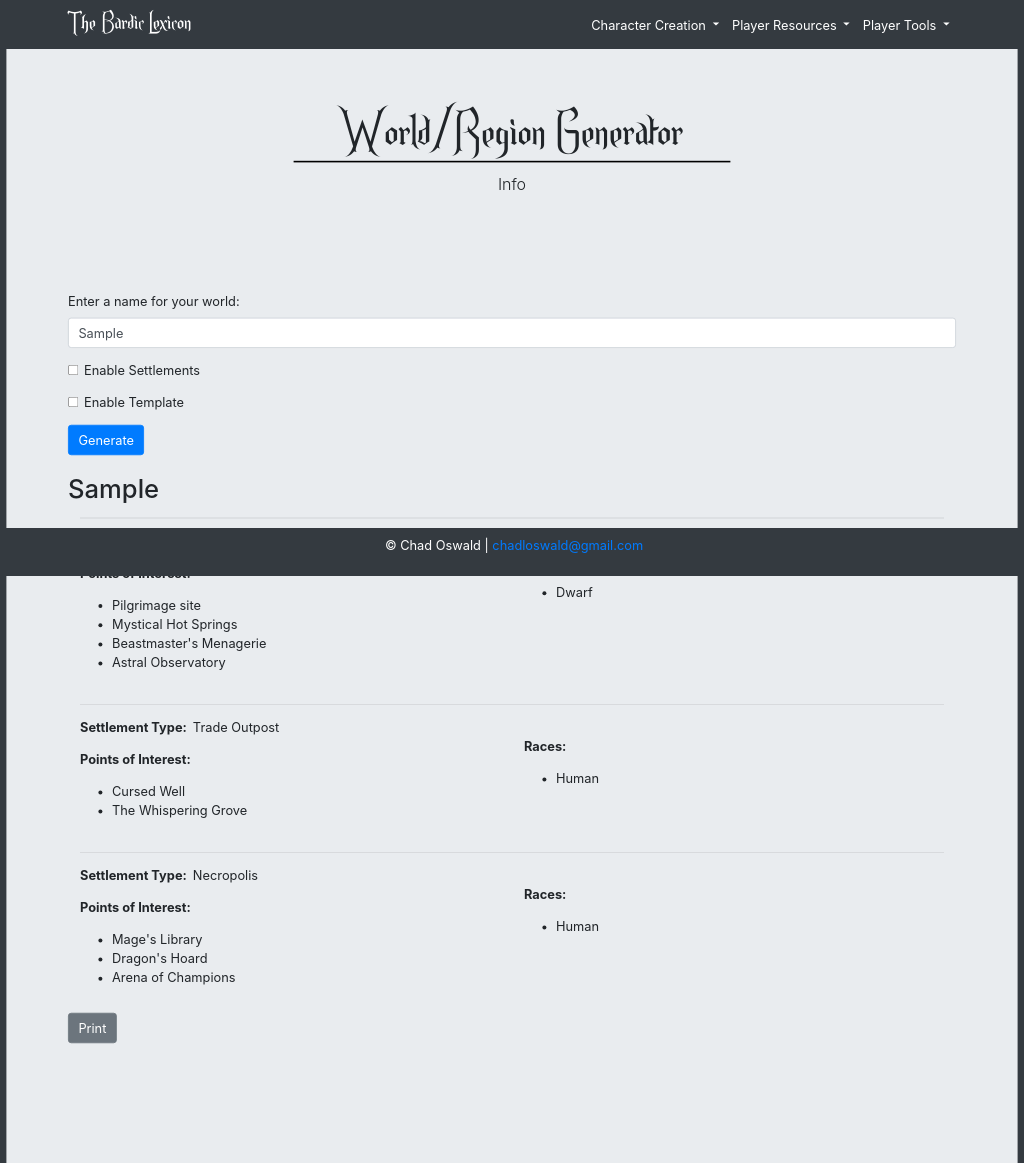
Repository: ChaidGPT/TheBardicLexicon
Page: playerTools/worldGenerator.html
These files come from the project's save history. The page is drawn as it stood at one moment and after the next save; the edit follows.
The browser window is 1280 px wide. The pictures show the whole page, at 80% of full size.
Empty fields were first filled with sample values (such as "Sample", 5 or name@example.com).
After loading, the first visible `#worldForm` was submitted once.

Above is the page before, as saved 2024-02-05 14:39:49.

After the next save:
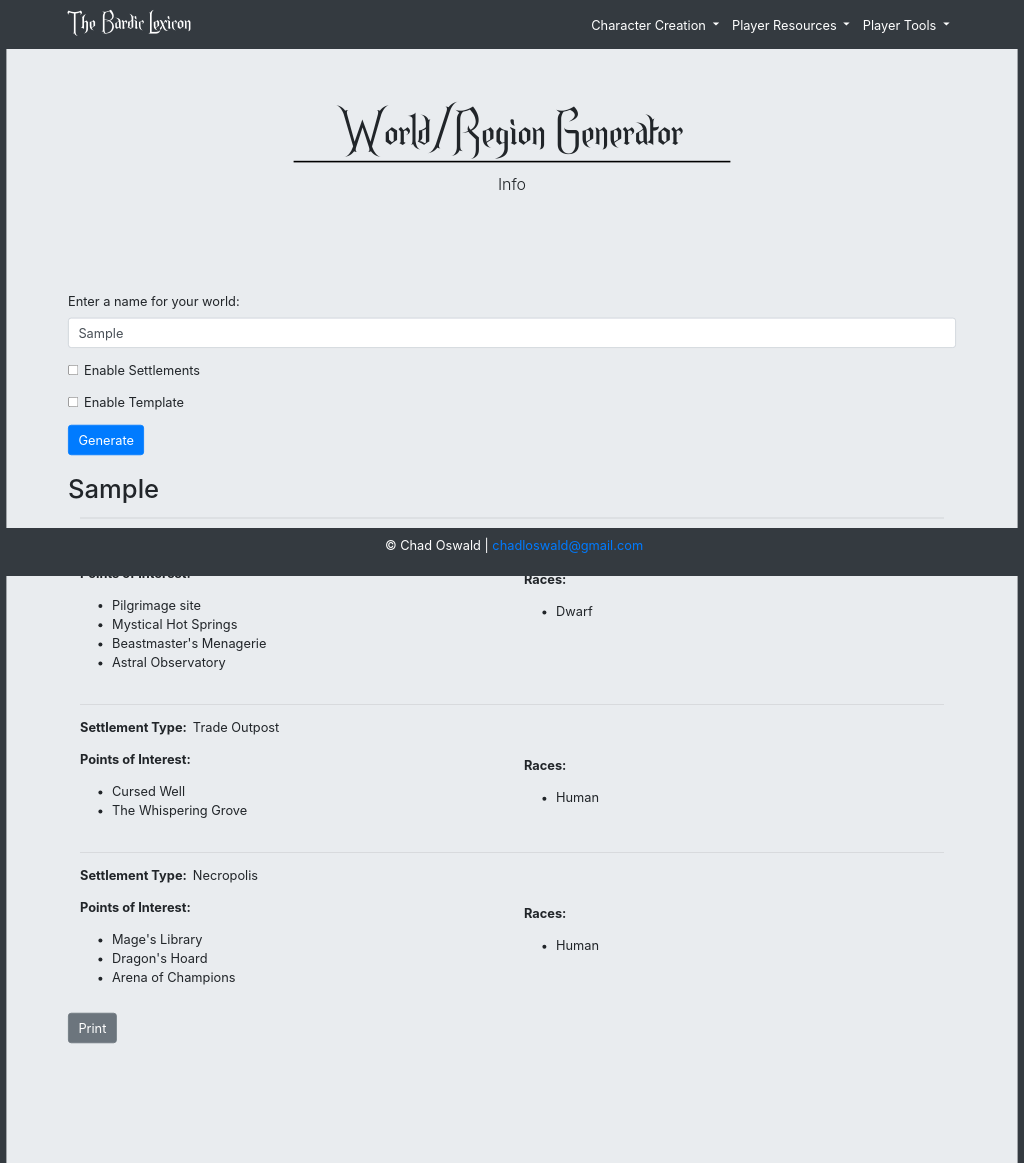
Saved 28 s later.
--- a/playerTools/worldGenerator.js
+++ b/playerTools/worldGenerator.js
@@ -444,7 +444,7 @@ document.addEventListener("DOMContentLoaded", function () {
         content += `</ul>
             </div>
             <div class="col-md-6">
-              <br><p><strong>Races:</strong></p><ul>`;
+              <br><br><p><strong>Races:</strong></p><ul>`;
 
         content += selectedRacesForSettlement
           .map((race) => `<li>${race.name}</li>`)
